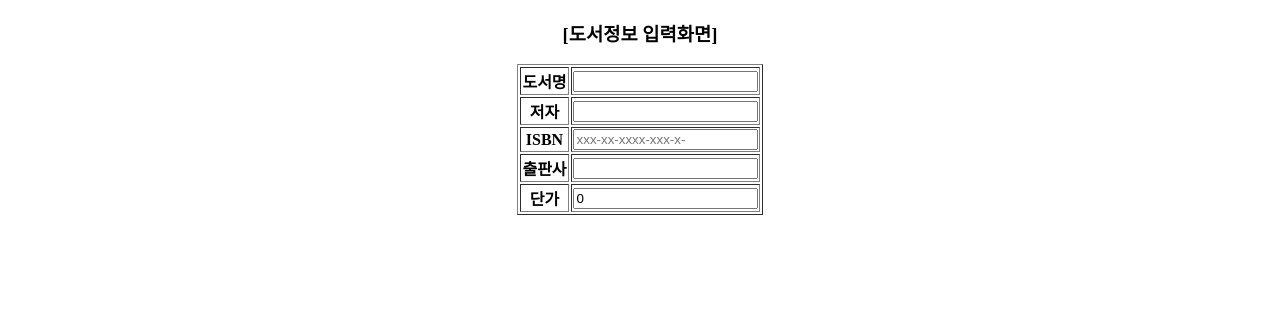
Repository: youngmoon525/Jsp_Servlet
Page: workspace/04.TestMVC/WebContent/bookMain.html
An editor plug-in stored every save of this project. The page is shown before and after the next save, followed by the edit.
The browser window is 1280 px wide. The pictures show the whole page.

Above is the page before, as saved 2021-09-10 03:04:37.

### workspace/04.TestMVC/WebContent/bookMain.html
<!DOCTYPE html>
<html>
<head>
<meta charset="UTF-8">
<title>Book Main</title>
</head>
<body>
<div align="center">
<h3>[도서정보 입력화면]</h3>
<form action="is.do" method="post">
	<table border="1">
		<tr>
			<th>도서명</th>
			<td><input type="text" name="title" required="required"/></td>
		</tr>
		<tr>
			<th>저자</th>
			<td><input type="text" name="name" required="required"/></td>
		</tr>
		<tr>
			<th>ISBN</th>
			<td><input type="text" name="isbn" required="required"
					placeholder="xxx-xx-xxxx-xxx-x-" id="isbn"/></td>
		</tr>
		<tr>
			<th>출판사</th>
			<td><input type="text" name="company" required="required"/></td>
		</tr>
		<tr>
			<th>단가</th>
			<td><input type="number" name="cost" min="0" value="0"/></td>
		</tr>
	</table>
</form>
</div>
</body>
</html>

After the next save:
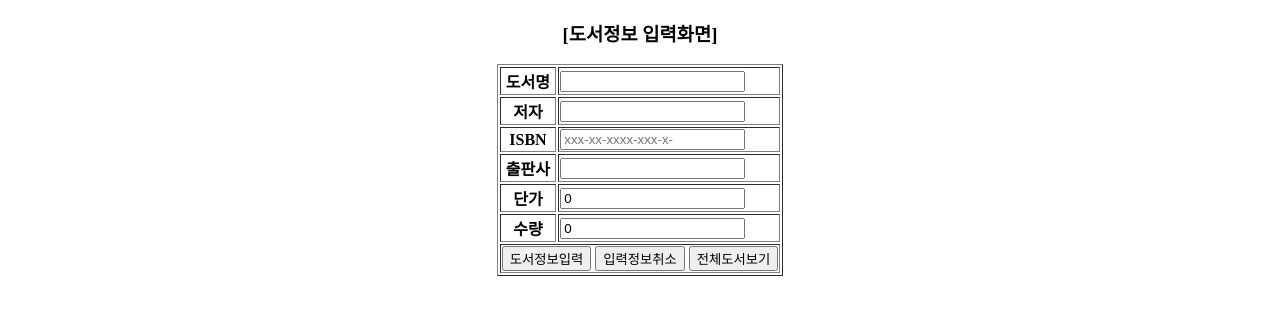
Saved 2 min 27 s later.
--- a/workspace/04.TestMVC/WebContent/bookMain.html
+++ b/workspace/04.TestMVC/WebContent/bookMain.html
@@ -30,6 +30,17 @@
 			<th>단가</th>
 			<td><input type="number" name="cost" min="0" value="0"/></td>
 		</tr>
+		<tr>
+			<th>수량</th>
+			<td><input type="number" name="qty" min="0" value="0"/></td>
+		</tr>
+		<tr>
+			<td colspan="2" align="center">
+				<input type="submit" value="도서정보입력"/>
+				<input type="reset" value="입력정보취소"/>
+				<input type="button" value="전체도서보기" onclick="location.href='list.do'"/>
+			</td>
+		</tr>
 	</table>
 </form>
 </div>
